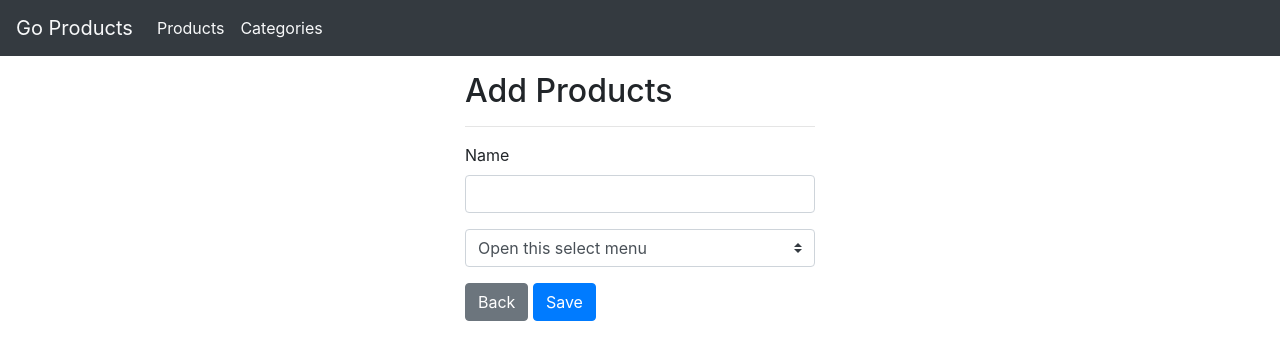
Repository: Nouthemoran/go-web-native-crud
Page: views/product/create.html
An editor plug-in stored every save of this project. The page is shown before and after a run of saves, followed by the edit.
The browser window is 1280 px wide. The pictures show the whole page.

Above is the page before, as saved 2023-10-11 10:56:08.

After the next 3 saves:
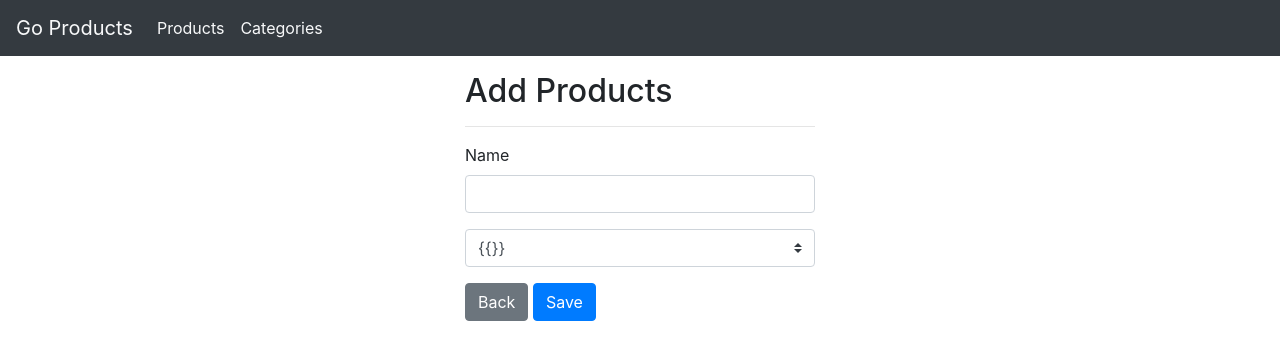
The 3 saves are shown as one change because they came seconds apart.
The last was saved 10 s later.
--- a/views/product/create.html
+++ b/views/product/create.html
@@ -43,7 +43,7 @@
                     <div class="mb-3">
                         <select class="custom-select" name="category_id">
                             {{ range.categories }}
-                            <option value="{{ .Id }}">Open this select menu</option>
+                            <option value="{{ .Id }}">{{}}</option>
                             {{ end }}
                             <option value="1">One</option>
                             <option value="2">Two</option>
